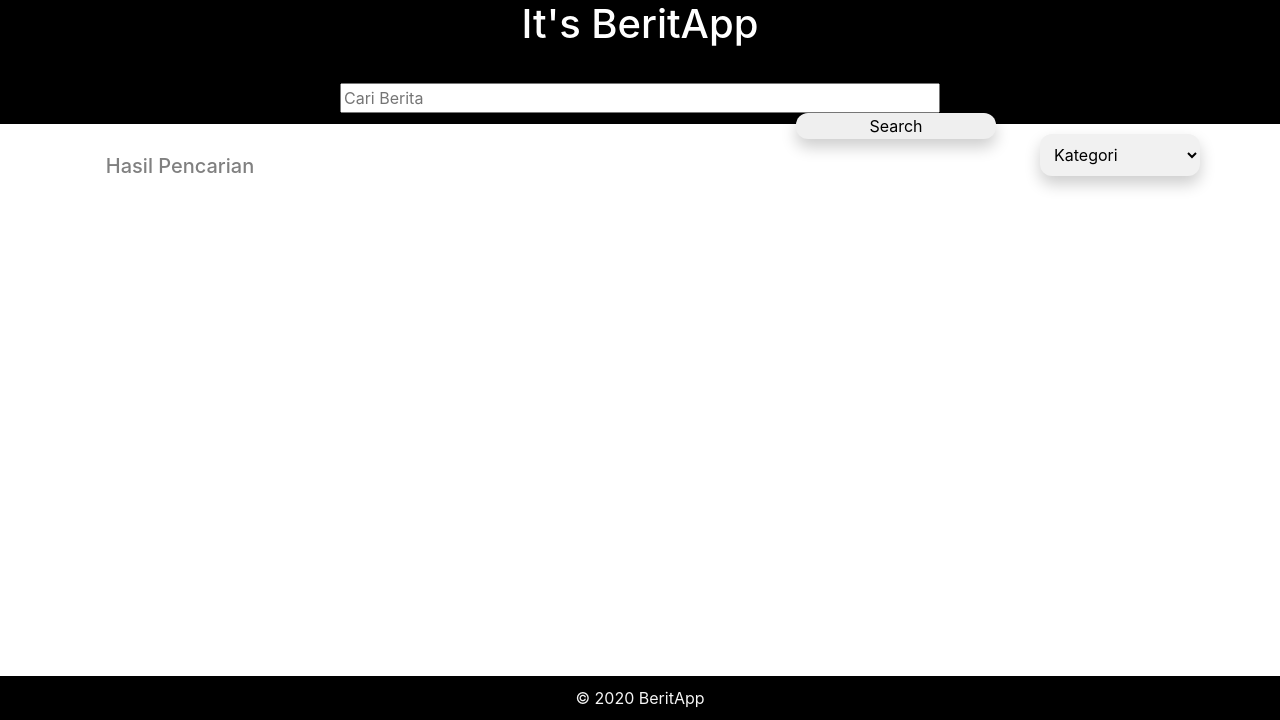
Repository: faalihnst/berita
Page: /
The author's editor kept a copy of each file at every save. The page is drawn from the files as they stood at one save, then again after the next save.
The browser window is 1280 px wide. The pictures show the whole page.
The project was rebuilt for these pictures with package versions that can differ from the ones it lists, and the page was loaded fresh each time.

Above is the page before, as saved 2020-06-05 07:40:54.

### src/App.js
import React from 'react';
import './assets/style.css';

import 'bootstrap/dist/css/bootstrap.min.css';
// import { MDBCol, MDBFormInline, MDBIcon } from "mdbreact";

import { BrowserRouter as Router, Route } from "react-router-dom";

import Homepage from "./pages/homepage";
// import Login from "./Pages/login";
// import Skripsi from "./Pages/skripsi";

function App() {

  return (
    <div className="App">
      <Router>
        <Route exact path="/" component={Homepage}></Route>
        {/* <Route exact path="/Login" component={Login}></Route>
        <Route exact path="/Skripsi" component={Skripsi}></Route> */}
      </Router>
    </div>
  );
}

export default App;

### src/assets/style.css
.WebContainer{
  width: 100%;
  height: auto;
}

.container1{
  overflow: hidden;
}

body {
  margin: 0;
  font-family: Roboto, Helvetica, sans-serif;
}

.dropdown{
  align-items: center;
}

  /* Increase the font size of the heading */
.header h1 {
  font-size: 40px;
  color: white;
}

.judul{
  font-weight: bold;
}

.col-md-10{
  margin-left: 80px;
  margin-top: 10px;
  padding: 10px;
  border-bottom: 1.5pt solid #E4DFDA;
}

.col-md-5{
  padding: 5px;
  margin-top: 10px;
  margin-left: 1px;
}

.col-md-2{
  padding: 5px;
  margin-top: 10px;
  margin-left: 15px;
}

.result{
  color: grey;
}

.content{
  margin-top: 80px;
}

h5{
  padding: 20px;
  margin-left: 40px;
}

footer{
  background-color: black;
  color: whitesmoke;
  padding: 10px;
  margin-top: 110px;
  text-align: center;
  position: fixed;
  bottom: 0;
  left: 0;
  width: 100%;
}

form{
  margin-top: 20px;
  transform: translateY(15px);
}

input#titleBar{
  width: 600px;
}

input#nameBar{
  width: 300px;
  margin-left: 255px;
  margin-right: 0px;
}

input#npmBar{
  width: 250px;
  margin-right: 220px;
}

.row{
  margin-top: 10px;
}

.header{
  text-align: center;
  background-color: black;
  align-content: center;
}

.button#search{
  margin-top: 0%;
  margin-left: 40%;
  width: 200px;
  border-radius: 12px;
  border: none;
  box-shadow: 0px 8px 16px 0px rgba(0,0,0,0.2);
  z-index: 1;
}

.grid-container{
  grid-template-columns: auto auto;
}

.column-left{
  float: left;
  width: 25%;
  padding: 10px;
}

.then-right:after{
  display: table;
  clear: both;
}

/*dropdown*/
.dropbtn {
  background-color: #f1f1f1;
  color: black;
  padding: 10px;
  font-size: 16px;
  border: none;
  min-width:160px;
  border-radius: 12px;
  box-shadow: 0px 8px 16px 0px rgba(0,0,0,0.2);
  z-index: 1;
}

.dropdown {
  position: relative;
  display: inline-block;
}

.dropdown-content {
  display: none;
  position: absolute;
  background-color: #f1f1f1;
  min-width: 100px;
  box-shadow: 0px 8px 16px 0px rgba(0,0,0,0.2);
  z-index: 1;
  border-radius: 12px;
  color: black;
  border: none;
}

.dropdown-content option {
  color: black;
  padding: 8px 10px;
  text-decoration: none;
  display: block;
}

/*.dropdown-content a:hover {
  background-color: rgb(38, 38, 63);
  border-radius: 12px;
  color: white;
}*/

.button#search:hover{
  background-color: rgb(38, 38, 63);
  border-radius: 12px;
  color: white;
}
.dropdown:hover .dropdown-content {display: block;}

.dropdown:hover .dropbtn {
  background-color: rgb(38, 38, 63);
  border-radius: 12px;
  color: white;
}
/* css login
.container#login{
  height:480px;
  margin-top: 40px;
  margin-bottom: 50px;
  background-color:#1abc9c;
  justify-content: space-between;
  flex-direction: column;
  display: flex;
}

img{
  width: 577;
  height: 433;
  margin-top: 80px;
  margin-left: -200px;
}

.welcome{
  transform: rotate(-90deg);
  margin-left: -250px;
  color: white;
}

.btn-login{
  justify-content: flex-end;
  display: flex;
  margin-bottom: 25px;
  margin-top: 30px;
  font-size: 24px;
  background-color: blue;
  color: white;

}

.form-word{
  margin-left: 0px;
  margin-top: -90px;
  font-size: 25px;
  color: white;
}

.form-group{
  margin-top: 120px;
  width: 100px;
}

 css skripsi

.col-md-8#title{
  margin-top: 30px;
  padding: 15px;
}

.btn-holder {
  justify-content: flex-end;
  display: flex;
  margin-right: 50px;
  margin-bottom: 50px;
}

p#judul{
  font-weight: bold;;
  margin-left: 15px;
  font-size: 18pt;
  color: white;
}

article#abstrak{
  margin-top: 15px;
  padding: 3px;
  font-style: italic;
}

.imgSkripsi{
  width: 300px;
  height: 400px;
  margin-top: 35px;
  margin-left: 10px;
}*/

### src/pages/homepage.js
import React, { useState } from "react";

import axios from "axios";
import qs from "qs";

export default function Homepage() {
  //aciganti
  const [value, setValue] = useState({
    news: [],
    title: "",
    date: "",
    link: "",
    category: "",
    author: "",
    abstract: "",
  });

  const getData = async () => {
    const BASE_URL = "http://localhost:3030/berita-app/query";

    const headers = {
      Accept: "application/sparql-results+json,*/*;q=0.9",
      "Content-Type": "application/x-www-form-urlencoded; charset=UTF-8",
    };

    const queryData = {
      query: `PREFIX news:<http://example.co.id/ns/newsdata>
            SELECT DISTINCT ?title ?date ?link ?category ?abstract ?author
            WHERE {
            ?news news:title ?title.
            ?news news:date ?date.
            ?news news:link ?link.
            ?news news:writtenby ?author.
			    	?news news:abstract ?abstract.
            ?news news:category ?category;
            FILTER contains(lcase(str(?category)), lcase(str("${value.category}")))
            FILTER contains(lcase(str(?title)), lcase(str("${value.title}")))
    }`,
    };

    try {
      const { data } = await axios(BASE_URL, {
        method: "POST",
        headers,
        data: qs.stringify(queryData),
      });
      console.log(data);

      // Convert Data
      const formatted_data = data.results.bindings.map((news, index) =>
        formatter(news, index)
      );
      console.log(formatted_data);

      setValue({
        ...value,
        news: formatted_data,
      });
    } catch (err) {
      console.error(err);
    }
  };

  const formatter = (news, index) => {
    return {
      id: index,
      title: news.title.value,
      date: news.date.value,
      link: news.link.value,
      category: news.category.value,
      author: news.author.value,
      abstract: news.abstract.value,
    };
  };

  const titleHandler = (event) => {
    setValue({
      ...value,
      title: event.target.value,
    });
  };

  const categoryHandler = (event) => {
    //handleChangeDate
    setValue({
      ...value,
      category: event.target.value,
    });
  };

  const content = value.news.map((news) => (
    <div className="container">
      <div key={news.id}>
        <div className="col-md-10">
          <div className="title">
            <a href={`${news.link}`}>{news.title}</a>
          </div>
          <div class="row">
            <div class="col-md-3">{news.category}</div>
            <div class="col-md-3">{news.date}</div>
            <div class="col-md-3">{news.author}</div>
          </div>
        </div>
      </div>
    </div>
  ));
  // Layout
  return (
    <body>
      <div className="header">
        <h1>It's BeritApp</h1>

        {/* Search Form  */}
        <form>
          <div className="container">
            <div className="row">
              <div className="col">
                <input
                  setValue={value.title}
                  placeholder="Cari Berita"
                  type="text"
                  id="titleBar"
                  onChange={titleHandler}
                />
              </div>
            </div>
          </div>
          <div className="col-xs-1 text-center">
            <input
              type="button"
              className="button col-xs-1 text-center"
              id="search"
              value="Search"
              onClick={getData}
            />
          </div>
        </form>
      </div>

      {/* Hasil Pencarian */}
      <div class="result col-xs-1 text-center">
        <div class="then-right">
          <div class="column-left">
            <h5>Hasil Pencarian</h5>
          </div>
          <div class="column-left"></div>
          <div class="column-left"></div>
          <div class="column-left">
            <div class="dropdown">
              <select
                setValue={value.category}
                className="dropbtn"
                id="category"
                onChange={categoryHandler}
              >
                <option value="">Kategori</option>
                <option value="Kesehatan">Kesehatan</option>
                <option value="Teknologi">Teknologi</option>
                <option value="Sains">Sains</option>
                <option value="Olahraga">Olahraga</option>
                <option value="Otomotif">Ootomotif</option>
                <option value="Ekonomi">Ekonomi</option>
                <option value="Properti">Properti</option>
                <option value="Travel">Travel</option>
                <option value="Politik">Politik</option>
              </select>
            </div>
          </div>
        </div>
      </div>
      <div className="content col-xs-1 text-center">{content}</div>
      {/* Footer */}
      <footer>
        <div className="footer-copyright">&copy; 2020 BeritApp</div>
      </footer>
    </body>
  );
}

Loaded but not shown: public/index.html (common file); src/index.js (common file); src/index.css (common file); src/serviceWorker.js (common file)

After the next save:
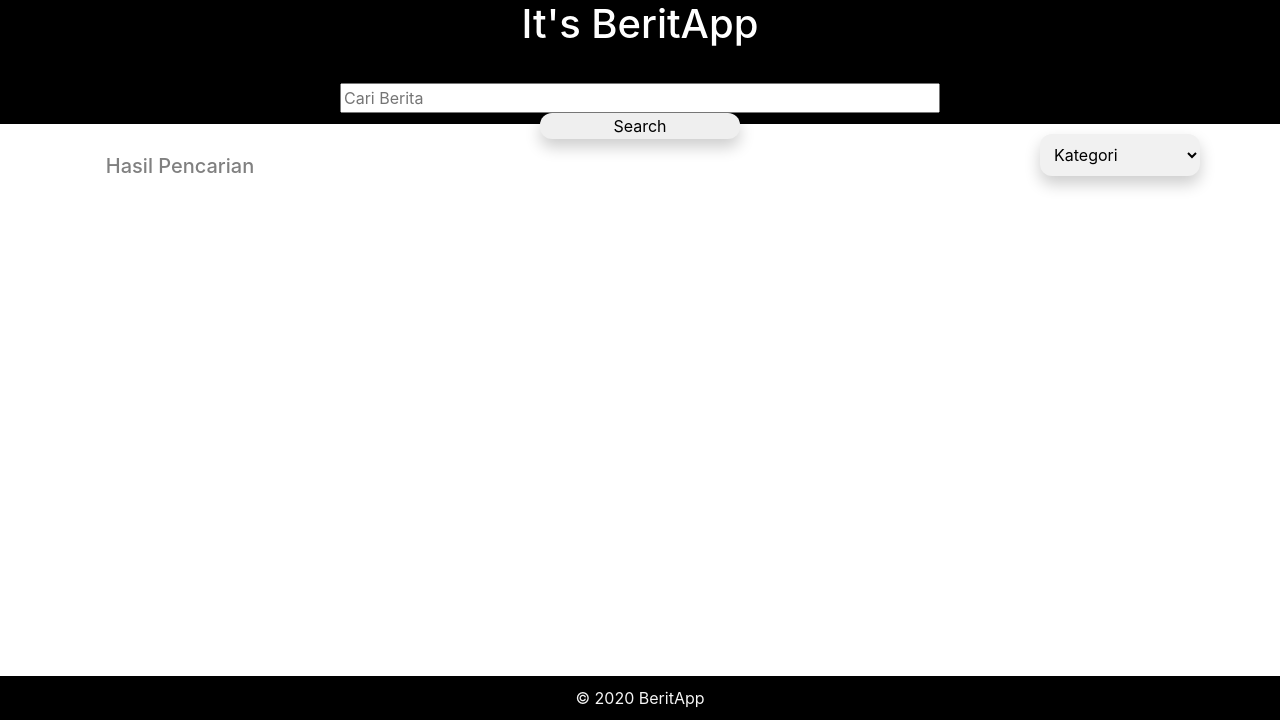
Saved 41 s later.
--- a/src/assets/style.css
+++ b/src/assets/style.css
@@ -102,7 +102,6 @@ input#npmBar{
 
 .button#search{
   margin-top: 0%;
-  margin-left: 40%;
   width: 200px;
   border-radius: 12px;
   border: none;
